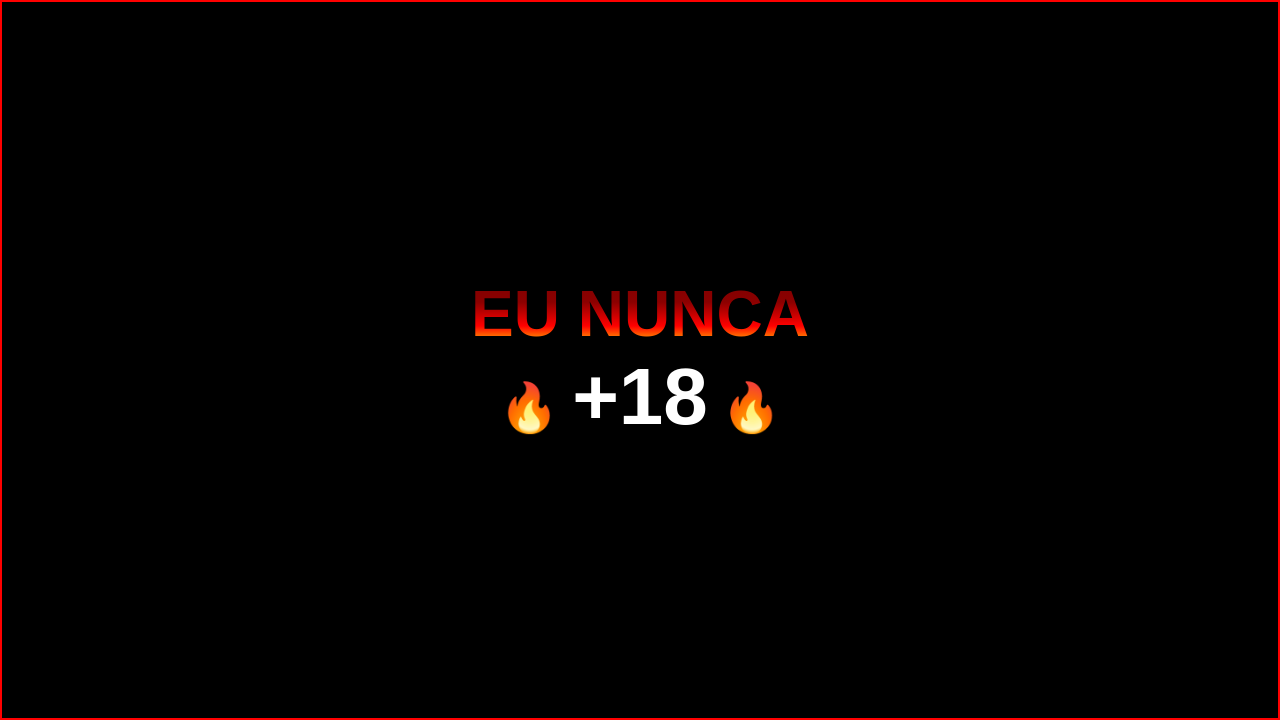
Repository: odiloalmeida/inever
Page: index.html
The author's editor kept a copy of each file at every save. The page is drawn from the files as they stood at one save, then again after the next save.
The browser window is 1280 px wide. The pictures show the whole page.

Above is the page before, as saved 2023-01-31 21:18:02.

After the next save:
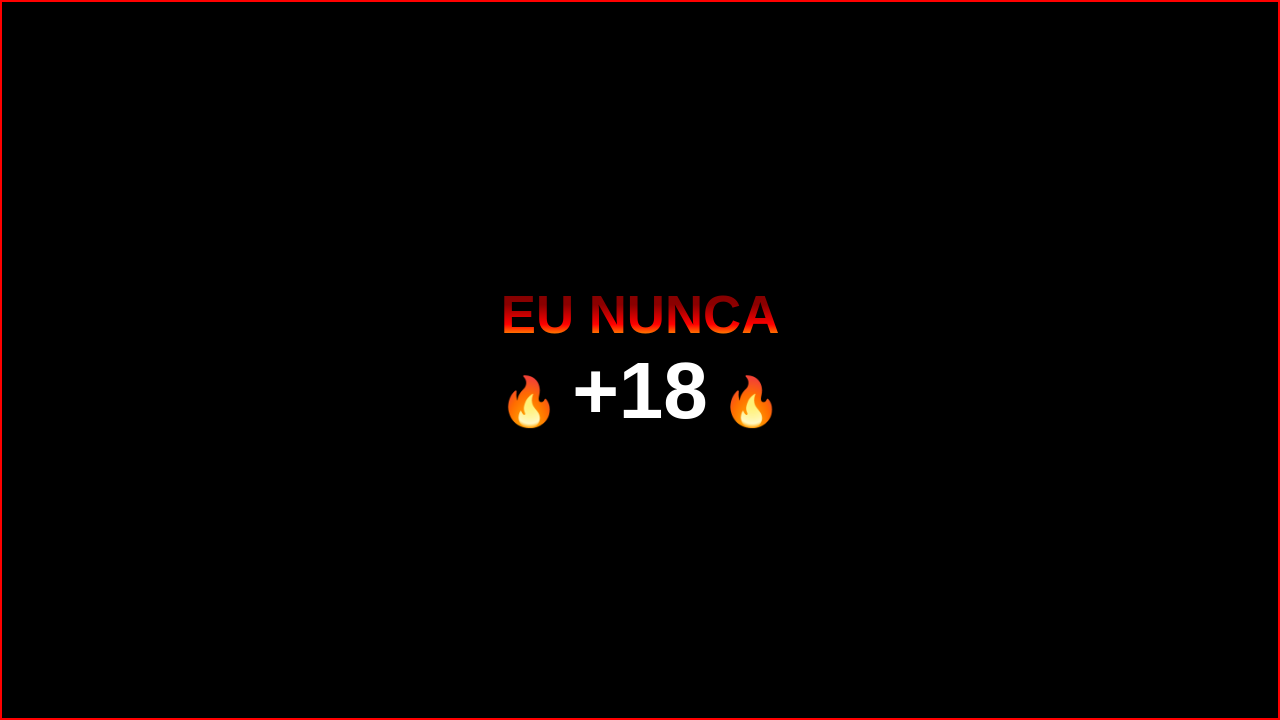
Saved 4 s later.
--- a/style.css
+++ b/style.css
@@ -31,7 +31,7 @@ button span {
     -webkit-background-clip: text;
     -webkit-text-fill-color: transparent;
     color: black;
-    font-size: 4rem;
+    font-size: 3.3rem;
     font-weight: 900;
 }
 
